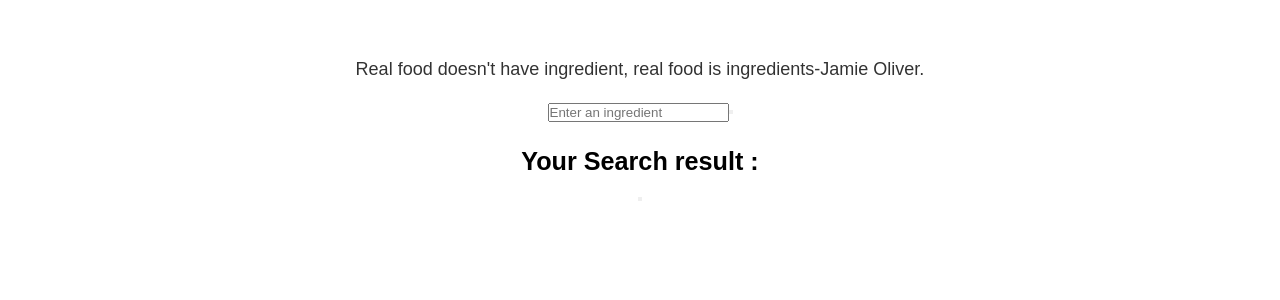
Repository: andrewhuynh561/javascipt
Page: Day 1/index.html
The author's editor kept a copy of each file at every save. The page is drawn from the files as they stood at one save, then again after the next save.
The browser window is 1280 px wide. The pictures show the whole page.

Above is the page before, as saved 2023-05-17 22:03:41.

### Day 1/index.html
<!DOCTYPE html>
<html lang="en">
<head>
    <meta charset="UTF-8">
    <meta http-equiv="X-UA-Compatible" content="IE=edge">
    <meta name="viewport" content="width=device-width, initial-scale=1.0">
    <title>Find Meal For Your Ingredient</title>
    <link rel="stylesheet" href="style.css">
    <link rel="preconnect" href="https://fonts.googleapis.com">
    <link rel="preconnect" href="https://fonts.gstatic.com" crossorigin>
    <script type="module" src="https://unpkg.com/ionicons@7.1.0/dist/ionicons/ionicons.esm.js"></script>
    <script nomodule src="https://unpkg.com/ionicons@7.1.0/dist/ionicons/ionicons.js"></script>
    <link href="https://fonts.googleapis.com/css2?family=Rubik:ital,wght@0,300;0,500;0,600;1,300&display=swap" rel="stylesheet">
</head>
<body>
    <div class="container">
        <div class="meal-wrapper">
            <p>Real food doesn't have ingredient, real food is ingredients-Jamie Oliver.</p>
            <div class="search-bar">
                <input type = "text" class = "search-control" placeholder="Enter an ingredient" id = "search-input">
                <button type = "submit" class = "search-btn btn" id = "search-btn">
                    <i class = "fas fa-search"></i>
                  </button>
            </div>
        </div>
        <div class="meal-result">
            <h2 class="title">Your Search result :</h2>
            <div class="meal" id="meal">
                <!-- meal item -->
          <!-- <div class = "meal-item">
            <div class = "meal-img">
              <img src = "food.jpg" alt = "food">
            </div>
            <div class = "meal-name">
              <h3>Potato Chips</h3>
              <a href = "#" class = "recipe-btn">Get Recipe</a>
            </div>
          </div> -->
          <!-- end of meal item -->
            </div>
            <div class="meal-detail" id="meal-detail">
                <button class="btn ">

                </button>

                <div class="meal-content">
                    <!-- <h2 class = "recipe-title">Meals Name Here</h2>
          <p class = "recipe-category">Category Name</p>
          <div class = "recipe-instruct">
            <h3>Instructions:</h3>
            <p>Lorem ipsum, dolor sit amet consectetur adipisicing elit. Quo blanditiis quis accusantium natus! Porro, reiciendis maiores molestiae distinctio veniam ratione ex provident ipsa, soluta suscipit quam eos velit autem iste!</p>
            <p>Lorem ipsum dolor sit amet consectetur adipisicing elit. Amet aliquam voluptatibus ad obcaecati magnam, esse numquam nisi ut adipisci in?</p>
          </div>
          <div class = "recipe-meal-img">
            <img src = "food.jpg" alt = "">
          </div>
          <div class = "recipe-link">
            <a href = "#" target = "_blank">Watch Video</a>
          </div> -->
                </div>
            </div>
        </div>
    </div>

<script src="app.js"></script>
</body>
</html>

### Day 1/style.css
*{
    margin: 0;
    padding: 0;
    box-sizing: border-box;
}
body {
    font-family: "Poppins", sans-serif;
    padding: 20px;
    font-weight: 300;
    font-size: 1.05rem;
    line-height: 1.6;
  }
:root{
    --tenne-tawny: #d65108;
    --tenne-tawny-dark: #b54507;
}
.container{
    max-width: 1200px;
    margin: 0 auto;
    text-align: center;
    padding-top: 35px;

}
p{
    padding-bottom: 12pxpx;
    font-size: 18px;
    opacity: 0.8;
}
.search-bar{
    margin: 1.2rem 0;
    display: flex;
    align-items: center;
    justify-content: center;
}
.search-control{
    outline: none;
    max-height: max-content;
}

Loaded but not shown: Day 1/app.js (no copy from this time; the picture is the same without it)

After the next save:
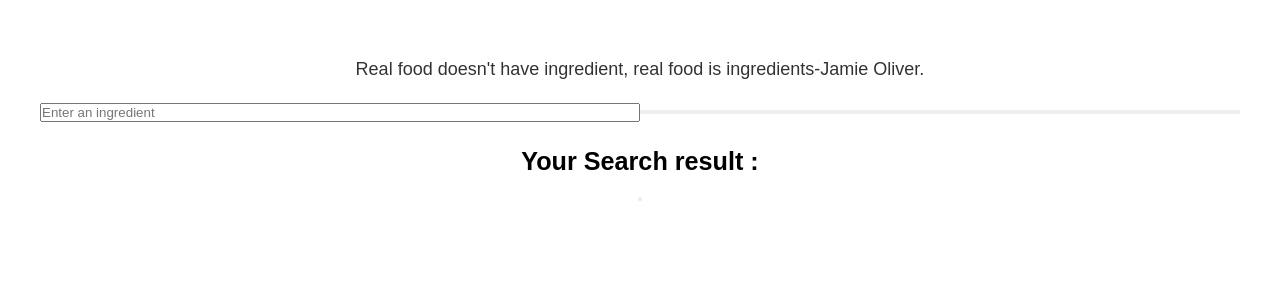
Saved 33 s later.
--- a/Day 1/style.css
+++ b/Day 1/style.css
@@ -36,3 +36,6 @@ p{
     outline: none;
     max-height: max-content;
 }
+.search-control, .search-btn{
+    width: 100%;
+}

After the save that followed:
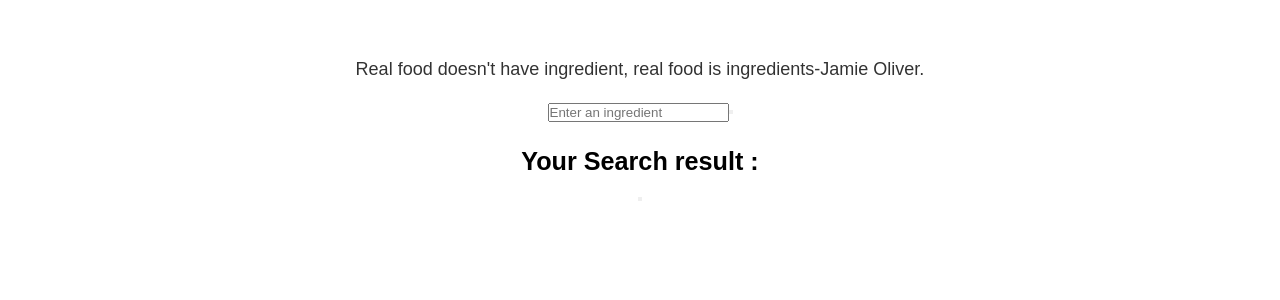
Saved 14 s later.
--- a/Day 1/style.css
+++ b/Day 1/style.css
@@ -36,6 +36,4 @@ p{
     outline: none;
     max-height: max-content;
 }
-.search-control, .search-btn{
-    width: 100%;
-}
+.search-control, .search-btn
